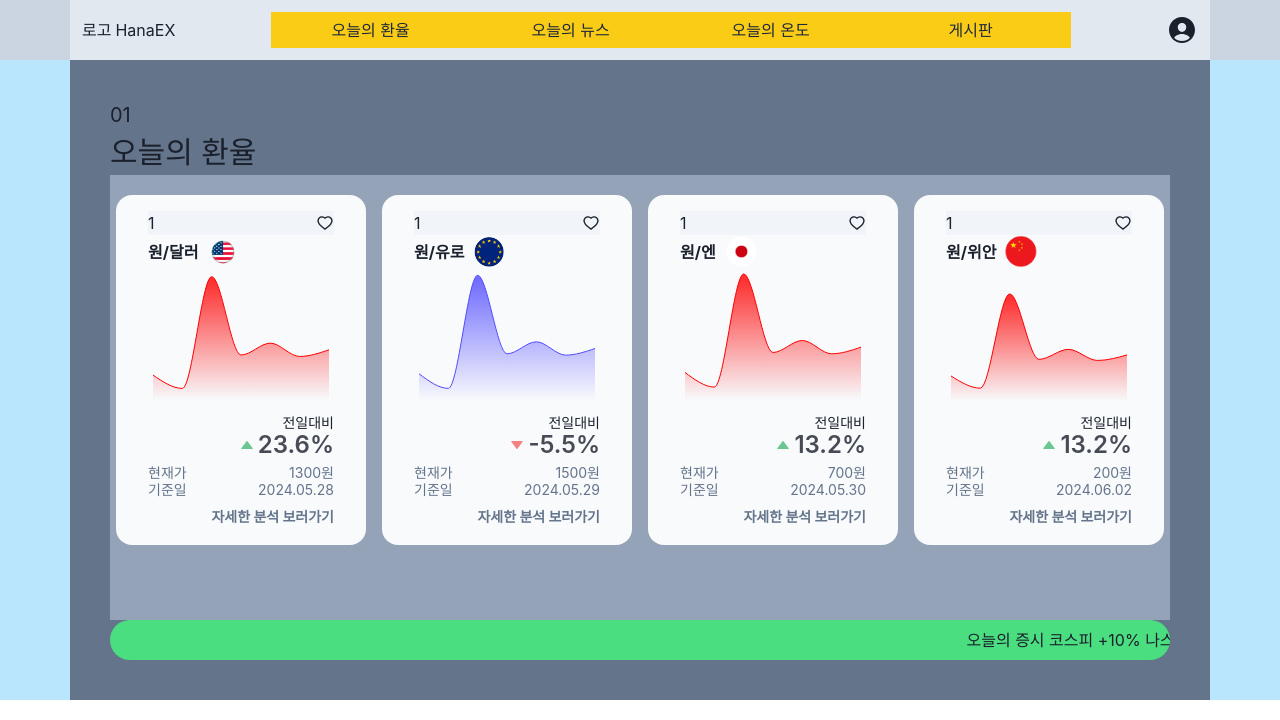
Repository: HANAEX/FRONT
Page: /
An editor plug-in stored every save of this project. The page is shown before and after the next save, followed by the edit.
The browser window is 1280 px wide. The pictures show the whole page.
The page's requests for data from a server got no answer. The project was rebuilt for these pictures with package versions that can differ from the ones it lists, and the page was loaded fresh each time. No one was signed in, and anything a server would have sent is missing. Also part of the build but not shown: src/pages/LoginPage.js, src/pages/MyPage.js, src/components/Toggle.js, src/components/SementicCard.js, src/pages/SemanticPage.js, src/components/NewsCard.js, src/pages/NewsPage.js, src/components/CloudChart.js and 7 more.

Above is the page before, as saved 2024-08-13 20:57:10.

After the next save:
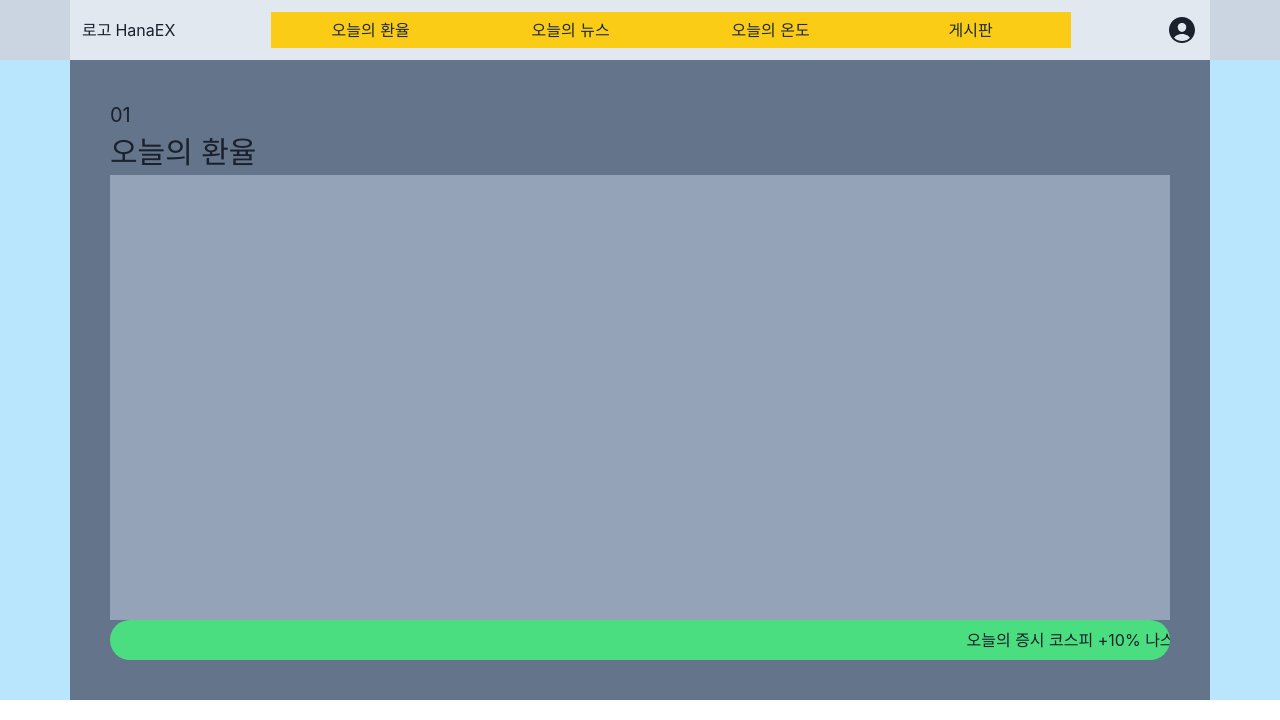
Saved 11 h 26 min later.
--- a/src/pages/MainPage.js
+++ b/src/pages/MainPage.js
@@ -11,7 +11,8 @@ const MainPage = () => {
   useEffect(() => {
     const getUseHistory = async () => {
       try {
-        const result = await axios.get(SERVER_URL + "data.json");
+        // const result = await axios.get(SERVER_URL + "data.json");
+        const result = await axios.get("https://a8068697-21bf-44f7-bf02-fccbc7115c44.mock.pstmn.io/hana");
         console.log(result.data.data[1]);
         setConsumData(result.data.data);
       } catch (error) {
